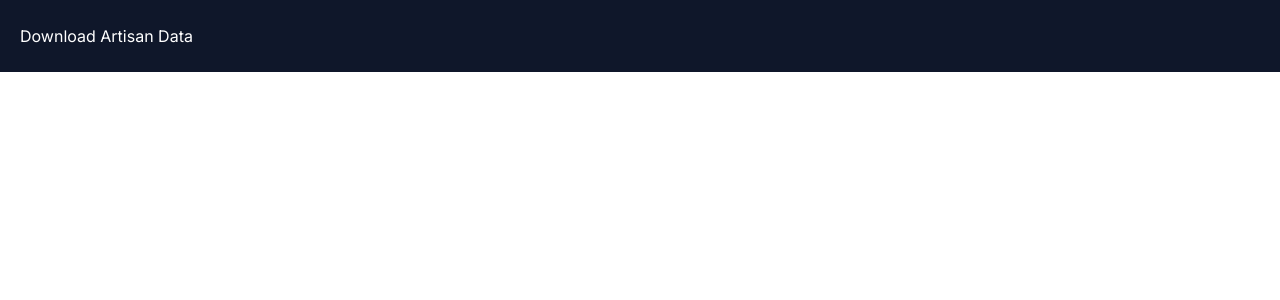
Repository: marcusdashe/artisanindex_frontend
Page: /components/DownloadDataScreen
These files come from the project's save history. The page is drawn as it stood at one moment and after the next save; the edit follows.
The browser window is 1280 px wide. The pictures show the whole page.
The project was rebuilt for these pictures with package versions that can differ from the ones it lists, and the page was loaded fresh each time. The framework's server and built-in components were replaced by stand-ins that run in the browser. Also part of the build but not shown: next.config.js.

Above is the page before, as saved 2023-03-07 12:46:48.

### pages/_document.js
import { Html, Head, Main, NextScript } from "next/document";

export default function Document() {
  return (
    <Html lang="en">
      <Head>
        <link rel="preconnect" href="https://fonts.googleapis.com" />
        <link
          rel="preconnect"
          href="https://fonts.gstatic.com"
          crossOrigin="true"
        />
        <link
          href="https://fonts.googleapis.com/css2?family=Inter:wght@100;200;300;400;500;600&display=swap"
          rel="stylesheet"
        />
      </Head>
      <body>
        <Main />
        <NextScript />
      </body>
    </Html>
  );
}

### pages/components/DownloadDataScreen.js
import React from "react";

function DownloadDataScreen() {
  return (
    <div className="w-full h-[100vh]">
      <div className="w-full h-[10vh] bg-slate-900 flex items-center content-center justify-start text-white p-5">
        <h1>Download Artisan Data</h1>
      </div>
    </div>
  );
}

export default DownloadDataScreen;

### styles/globals.css
@tailwind base;
@tailwind components;
@tailwind utilities;

@layer base {
  html {
    font-family: "Inter", sans-serif;
  }
}

### tailwind.config.js
/** @type {import('tailwindcss').Config} */

module.exports = {
  content: [
    "./pages/**/*.{js,ts,jsx,tsx}",
    "./components/**/*.{js,ts,jsx,tsx}",
  ],
  theme: {
    extend: {},
  },
  plugins: [],
};

Loaded but not shown: pages/_app.js (common file)

After the next save:
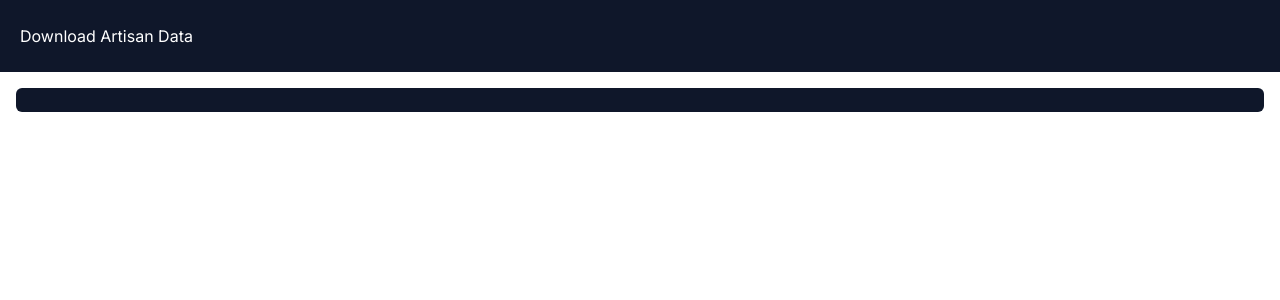
Saved 41 s later.
--- a/pages/components/DownloadDataScreen.js
+++ b/pages/components/DownloadDataScreen.js
@@ -6,6 +6,9 @@ function DownloadDataScreen() {
       <div className="w-full h-[10vh] bg-slate-900 flex items-center content-center justify-start text-white p-5">
         <h1>Download Artisan Data</h1>
       </div>
+      <div className="w-full h-[90vh] p-4">
+        <div className="w-full rounded-md p-3 bg-slate-900"></div>
+      </div>
     </div>
   );
 }
